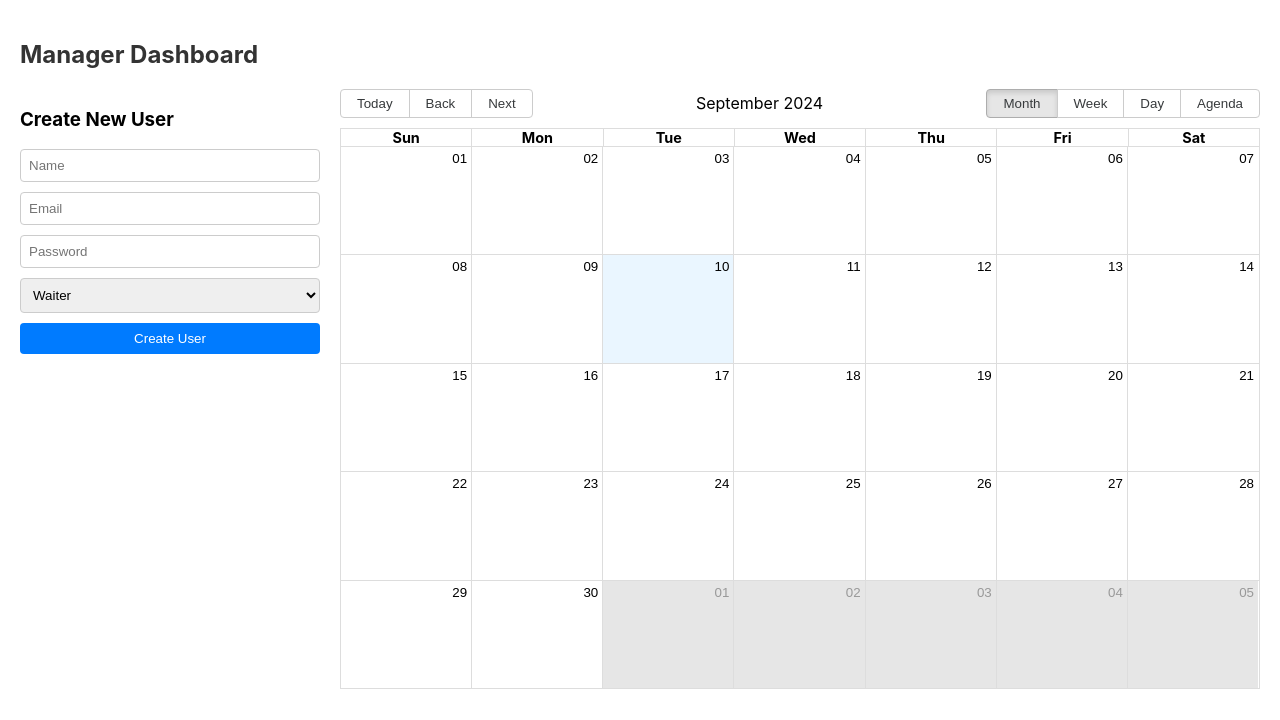
Repository: lasity34/waiter-scheduling-app
Page: /manager-dashboard (app in waiter-app-frontend/)
These files come from the project's save history. The page is drawn as it stood at one moment and after the next save; the edit follows.
The browser window is 1280 px wide. The pictures show the whole page.
The page's requests for data from a server got no answer. The project was rebuilt for these pictures with package versions that can differ from the ones it lists, and the page was loaded fresh each time. No one was signed in, and anything a server would have sent is missing. Also part of the build but not shown: waiter-app-frontend/src/components/Home.tsx, waiter-app-frontend/src/components/Signin.tsx, waiter-app-frontend/src/components/WaiterDashboard.tsx.

Above is the page before, as saved 2024-09-10 15:34:55.

After the next save:
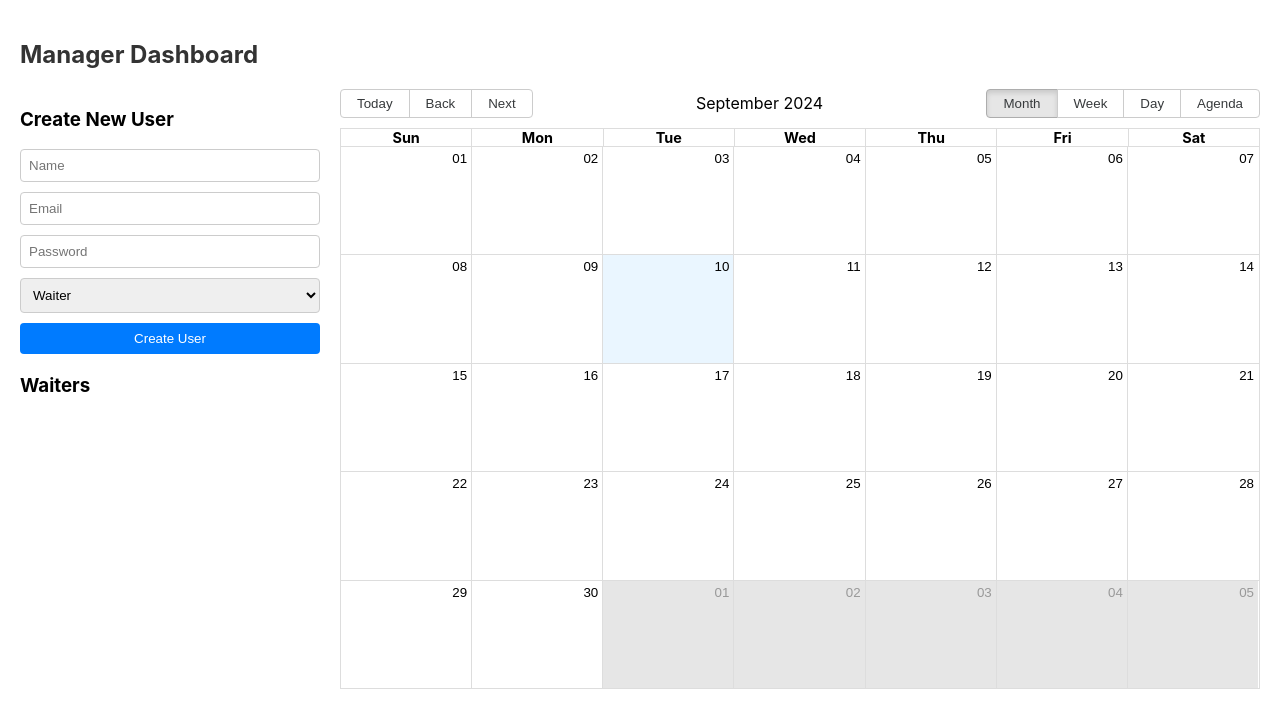
Saved 2 min 30 s later.
--- a/waiter-app-frontend/src/components/ManagerDashboard.tsx
+++ b/waiter-app-frontend/src/components/ManagerDashboard.tsx
@@ -1,11 +1,10 @@
 import React, { useState, useEffect } from 'react';
-import { Calendar, momentLocalizer } from 'react-big-calendar';
+import { Calendar, momentLocalizer, SlotInfo } from 'react-big-calendar';
 import moment from 'moment';
 import axios from 'axios';
 import styled from 'styled-components';
 import 'react-big-calendar/lib/css/react-big-calendar.css';
 
-// Set up the localizer for react-big-calendar
 const localizer = momentLocalizer(moment);
 
 const DashboardContainer = styled.div`
@@ -65,6 +64,15 @@ const Button = styled.button`
   }
 `;
 
+const WaiterList = styled.ul`
+  list-style-type: none;
+  padding: 0;
+`;
+
+const WaiterItem = styled.li`
+  margin-bottom: 5px;
+`;
+
 interface Shift {
   id: number;
   title: string;
@@ -72,14 +80,24 @@ interface Shift {
   end: Date;
   userId: number;
   status: string;
+  shiftType: 'morning' | 'evening' | 'double';
+}
+
+interface User {
+  id: number;
+  name: string;
+  email: string;
+  role: string;
 }
 
 const ManagerDashboard: React.FC = () => {
   const [shifts, setShifts] = useState<Shift[]>([]);
+  const [users, setUsers] = useState<User[]>([]);
   const [newUser, setNewUser] = useState({ name: '', email: '', password: '', role: 'waiter' });
 
   useEffect(() => {
     fetchShifts();
+    fetchUsers();
   }, []);
 
   const fetchShifts = async () => {
@@ -87,15 +105,25 @@ const ManagerDashboard: React.FC = () => {
       const response = await axios.get('http://localhost:5000/shifts', { withCredentials: true });
       const formattedShifts = response.data.map((shift: any) => ({
         id: shift.id,
-        title: `${shift.user_name} - ${shift.status}`,
+        title: `${shift.user_name} - ${shift.shift_type}`,
         start: new Date(`${shift.date}T${shift.start_time}`),
         end: new Date(`${shift.date}T${shift.end_time}`),
         userId: shift.user_id,
-        status: shift.status
+        status: shift.status,
+        shiftType: shift.shift_type
       }));
       setShifts(formattedShifts);
     } catch (error) {
       console.error('Error fetching shifts:', error);
+    }
+  };
+
+  const fetchUsers = async () => {
+    try {
+      const response = await axios.get('http://localhost:5000/users', { withCredentials: true });
+      setUsers(response.data);
+    } catch (error) {
+      console.error('Error fetching users:', error);
     }
   };
 
@@ -105,6 +133,7 @@ const ManagerDashboard: React.FC = () => {
       await axios.post('http://localhost:5000/users', newUser, { withCredentials: true });
       alert('User created successfully');
       setNewUser({ name: '', email: '', password: '', role: 'waiter' });
+      fetchUsers();  // Refresh the user list
     } catch (error) {
       console.error('Error creating user:', error);
       alert('Failed to create user');
@@ -117,6 +146,33 @@ const ManagerDashboard: React.FC = () => {
       fetchShifts();  // Refresh shifts after update
     } catch (error) {
       console.error('Error updating shift:', error);
+    }
+  };
+
+  const handleAddShift = async (slotInfo: SlotInfo) => {
+    const userId = prompt('Enter user ID for this shift:');
+    if (!userId) return;
+
+    const shiftType = prompt('Enter shift type (morning, evening, or double):');
+    if (!['morning', 'evening', 'double'].includes(shiftType || '')) {
+      alert('Invalid shift type');
+      return;
+    }
+
+    try {
+      const response = await axios.post('http://localhost:5000/shifts', {
+        user_id: parseInt(userId),
+        date: moment(slotInfo.start).format('YYYY-MM-DD'),
+        start_time: moment(slotInfo.start).format('HH:mm'),
+        end_time: moment(slotInfo.end).format('HH:mm'),
+        shift_type: shiftType
+      }, { withCredentials: true });
+
+      alert('Shift added successfully');
+      fetchShifts();  // Refresh shifts after adding
+    } catch (error) {
+      console.error('Error adding shift:', error);
+      alert('Failed to add shift');
     }
   };
 
@@ -167,6 +223,13 @@ const ManagerDashboard: React.FC = () => {
             </Select>
             <Button type="submit">Create User</Button>
           </Form>
+
+          <h3>Waiters</h3>
+          <WaiterList>
+            {users.filter(user => user.role === 'waiter').map(waiter => (
+              <WaiterItem key={waiter.id}>{waiter.name} (ID: {waiter.id})</WaiterItem>
+            ))}
+          </WaiterList>
         </SidePanel>
         <CalendarContainer>
           <Calendar
@@ -182,6 +245,8 @@ const ManagerDashboard: React.FC = () => {
                 handleShiftUpdate(event.id, newStatus);
               }
             }}
+            onSelectSlot={handleAddShift}
+            selectable
           />
         </CalendarContainer>
       </ContentContainer>
